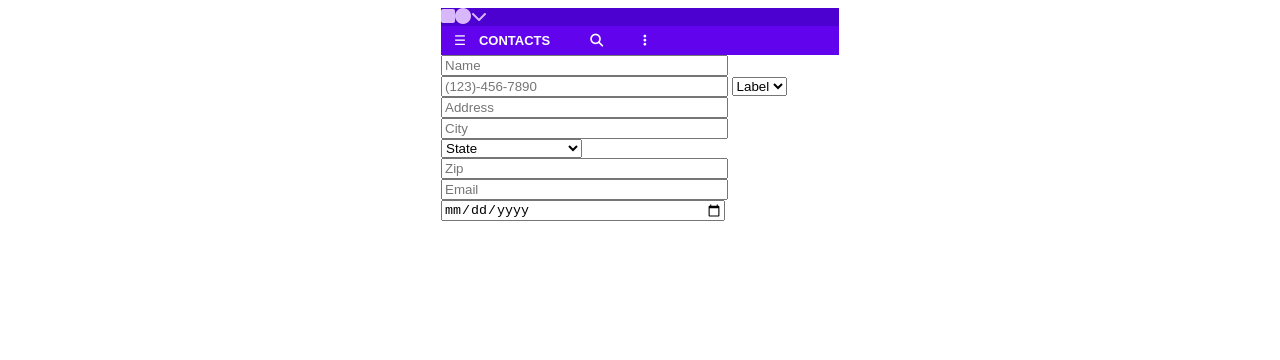
Repository: Sc-Juju/Mobile-Form
Page: index.html
The author's editor kept a copy of each file at every save. The page is drawn from the files as they stood at one save, then again after the next save.
The browser window is 1280 px wide. The pictures show the whole page.
Some web libraries are served in a nearby version.

Above is the page before, as saved 2022-10-27 20:05:15.

After the next save:
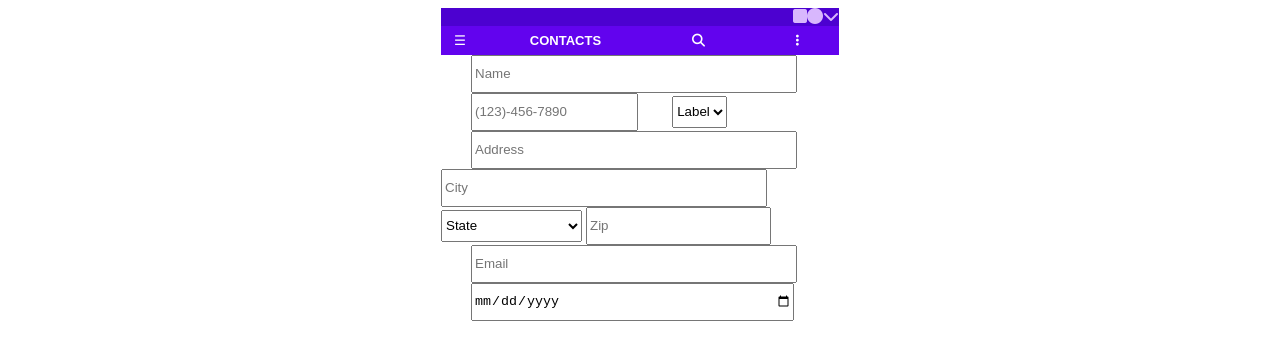
Saved 112 min 29 s later.
--- a/style.css
+++ b/style.css
@@ -5,7 +5,7 @@
     --header-bottom:rgba(98,3,238,255);
     --content-box:rgba(232,232,231,255);
     --header-top-icon:rgba(216,183,253,255);
-    max-width: 414px;
+    width: 414px;
     margin: auto;
 }
 .btn{
@@ -23,16 +23,20 @@
 .container{
     margin-left: auto;
     background-color:var(--header-top);
+    display: inline-flex;
+    width: 100%;
+    justify-content: flex-end;
+    align-self: flex-end;
 }
 ul{
     padding:0;
     margin:0;
     list-style: none;
 }
-
 .navbar{
     display: flex;
     align-items: center;
+    transition: ease-in-out .3s;
 }
 .nav-top{
     background-color: var(--header-top);
@@ -40,6 +44,8 @@ ul{
 }
 .nav-bottom{
     background-color: var(--header-bottom);
+    width: 100%;
+    justify-content: space-between;
 }
 .nav-link a{
     color: var(--white);
@@ -50,10 +56,39 @@ ul{
     margin-right: 2.5rem;
     line-height: 1.25rem;
 }
+.nav-right{
+    justify-content: flex-end;
+}
 a {text-decoration: none;}
 .nav-icon{
     height:30px;
 }
+input[type=text]{
+    width:80%;
+    margin: 0 auto;
+}
+input[type=email]{ width: 80%;}
+input[type=date]{width: 80%;}
+input[type=tel]{width: 40%;}
+input[type=select]{width: 40%;}
+.grey-box{
+    background-color: var(--content-box);
+    border-top-style: hidden;
+    border-right-style: hidden;
+    border-left-style: hidden;
+    border-bottom-style: groove;
+    border-bottom: 1px solid black;
+}
 input{
-    width:70%;
+    line-height: 2rem;
 }
+select{
+    height:2rem;
+}
+label{
+    padding-right: 20px;
+    padding-left: 10px;
+}
+.transparent{
+    color:transparent;
+}
